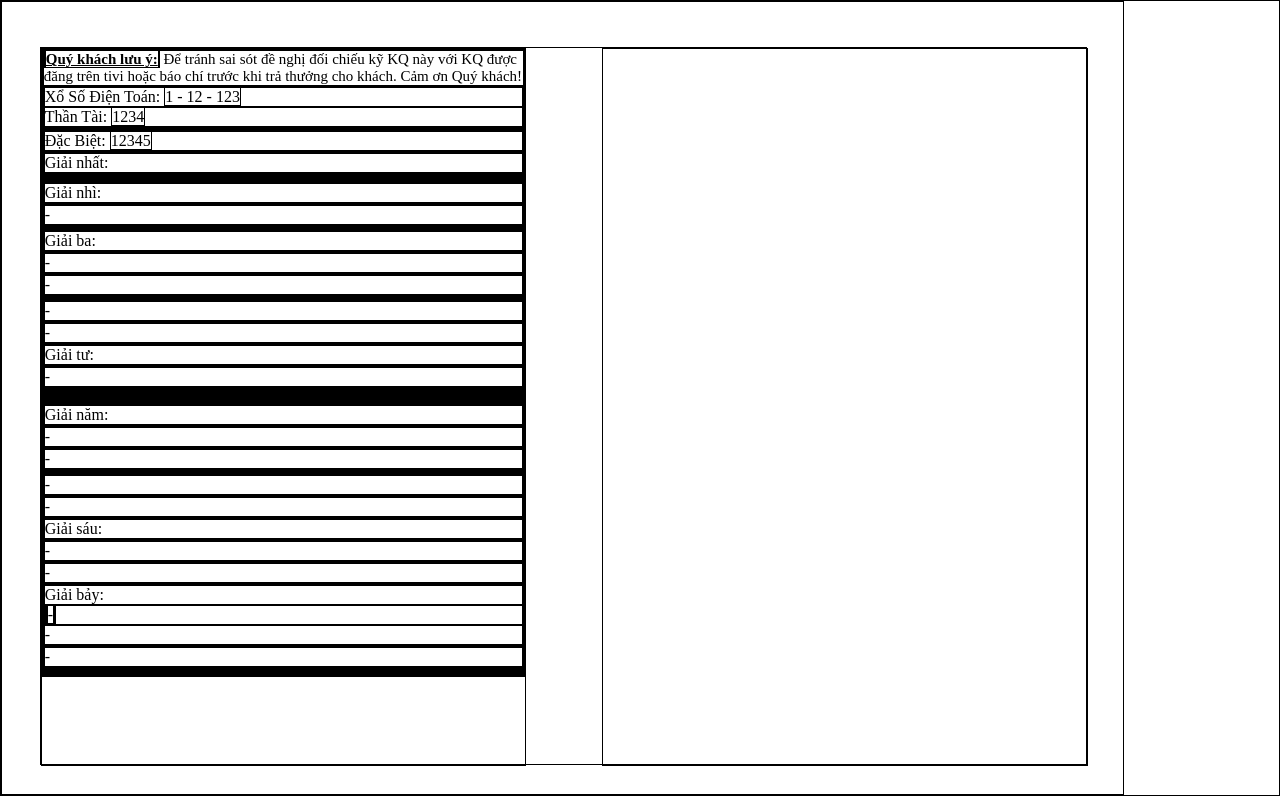
Repository: AnhDuc0125/xskt123
Page: index.html
The author's editor kept a copy of each file at every save. The page is drawn from the files as they stood at one save, then again after the next save.
The browser window is 1280 px wide. The pictures show the whole page.

Above is the page before, as saved 2022-01-29 16:26:02.

After the next save:
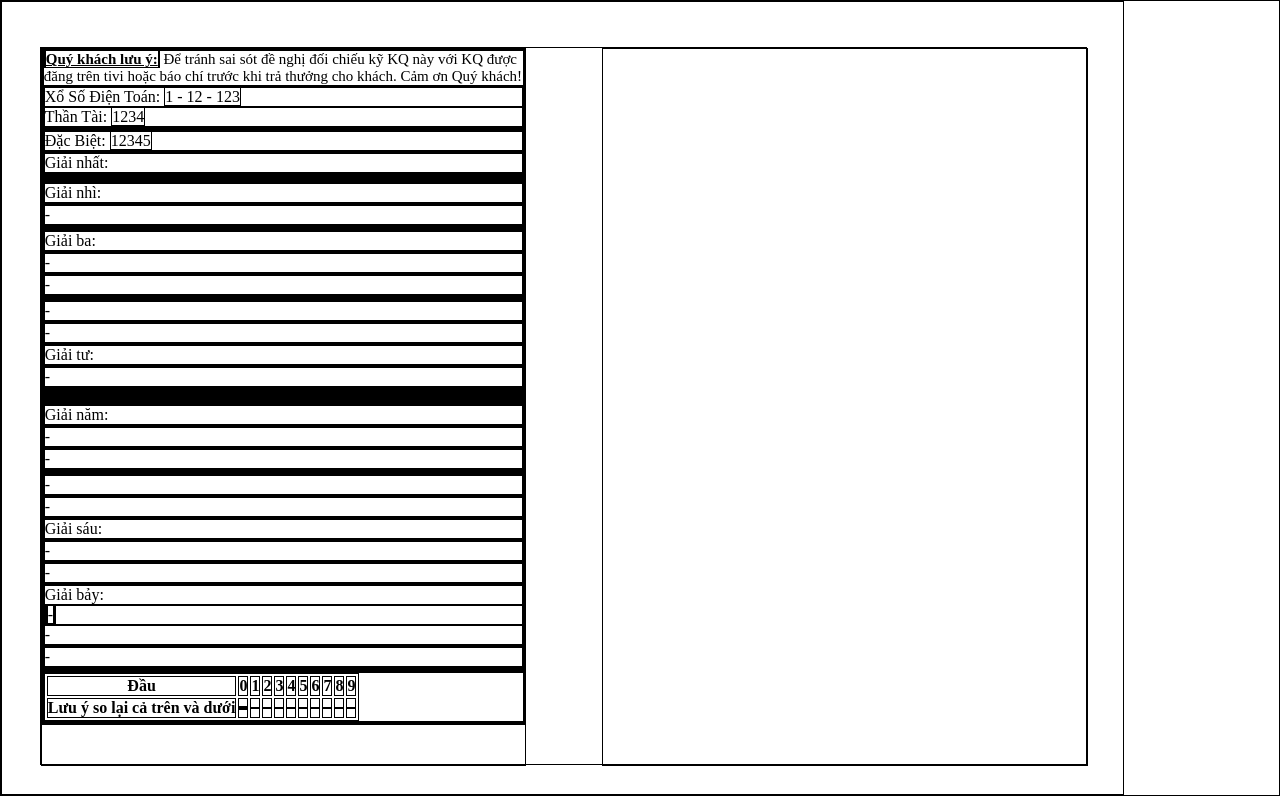
Saved 25 s later.
--- a/index.html
+++ b/index.html
@@ -113,7 +113,57 @@
         </div>
 
         <div class="footer">
-          <div class="footer--1"></div>
+          <div class="footer--1">
+            <table>
+              <tr>
+                <th class="head-footer1 fontStyle">Đầu</th>
+                <th>0</th>
+                <th>1</th>
+                <th>2</th>
+                <th>3</th>
+                <th>4</th>
+                <th>5</th>
+                <th>6</th>
+                <th>7</th>
+                <th>8</th>
+                <th>9</th>
+              </tr>
+              <tr class="tr-class">
+                <th class="head-footer">Lưu ý so lại cả trên và dưới</th>
+                <th class="data-fill-table">
+                  <ul id="col-0"></ul>
+                  <ul id="col_0"></ul>
+                </th>
+                <th class="data-fill-table">
+                  <ul id="col-1"></ul>
+                </th>
+                <th class="data-fill-table">
+                  <ul id="col-2"></ul>
+                </th>
+                <th class="data-fill-table">
+                  <ul id="col-3"></ul>
+                </th>
+                <th class="data-fill-table">
+                  <ul id="col-4"></ul>
+                </th>
+                <th class="data-fill-table">
+                  <ul id="col-5"></ul>
+                </th>
+                <th class="data-fill-table">
+                  <ul id="col-6"></ul>
+                </th>
+                <th class="data-fill-table">
+                  <ul id="col-7"></ul>
+                </th>
+                <th class="data-fill-table">
+                  <ul id="col-8"></ul>
+                </th>
+                <th class="data-fill-table">
+                  <ul id="col-9"></ul>
+                </th>
+              </tr>
+            </table>
+          </div>
           <div class="footer--2"></div>
         </div>
       </div>
